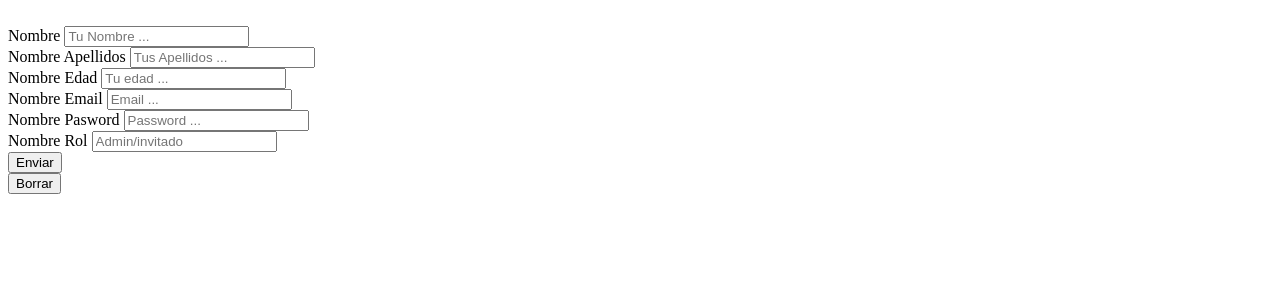
Repository: nachmz42/ProyectoJoker
Page: http://localhost/Joker/añadirusuario.jsp
These files come from the project's save history. The page is drawn as it stood at one moment and after the next save; the edit follows.
The browser window is 1280 px wide. The pictures show the whole page.
The page is served by Tomcat 9. Other server files are loaded and not shown.

Above is the page before, as saved 2021-07-01 14:38:28.

### Joker/src/main/webapp/añadirusuario.jsp
<%@ page language="java" contentType="text/html; charset=ISO-8859-1"
    pageEncoding="ISO-8859-1"%>
<!DOCTYPE html>
<html>
<head>
<meta charset="ISO-8859-1">
<title>Insert title here</title>
</head>
<body>

<div>
  <form action="/Joker/ServletAltausuario" method="post"><br>
    <label for="nombre">Nombre</label>
    <input type="text" id="nombre" name="nombre" placeholder="Tu Nombre ..."><br>
    <label for="nombre">Nombre</label>

    <label for="apellidos">Apellidos</label>
    <input type="text" id="apellidos" name="apellidos" placeholder="Tus Apellidos ..."><br>
    <label for="nombre">Nombre</label>

    <label for="edad">Edad</label>
    <input type="text" id="edad" name="edad" placeholder="Tu edad ..."><br>
    <label for="nombre">Nombre</label>

    <label for="email">Email</label>
    <input type="email" id="email" name="email" placeholder="Email ..."><br>
    <label for="nombre">Nombre</label>

    <label for="password">Pasword</label>
    <input type="text" id="password" name="password" placeholder="Password ...">  <br>
    <label for="nombre">Nombre</label>

    <label for="rol">Rol</label>
    <input type="text" id="rol" name="rol" placeholder="Admin/invitado">  <br>


    <input type="submit" value="Enviar"><br>
    <input type="reset" value="Borrar"><br>
  </form>
</div>

</body>
</html>

After the next save:
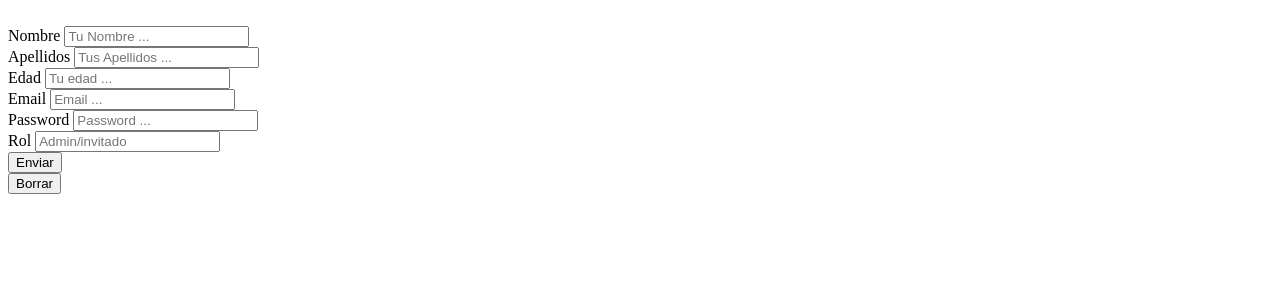
Saved 27 s later.
--- a/Joker/src/main/webapp/añadirusuario.jsp
+++ b/Joker/src/main/webapp/añadirusuario.jsp
@@ -12,23 +12,21 @@
   <form action="/Joker/ServletAltausuario" method="post"><br>
     <label for="nombre">Nombre</label>
     <input type="text" id="nombre" name="nombre" placeholder="Tu Nombre ..."><br>
-    <label for="nombre">Nombre</label>
 
     <label for="apellidos">Apellidos</label>
     <input type="text" id="apellidos" name="apellidos" placeholder="Tus Apellidos ..."><br>
-    <label for="nombre">Nombre</label>
+
 
     <label for="edad">Edad</label>
     <input type="text" id="edad" name="edad" placeholder="Tu edad ..."><br>
-    <label for="nombre">Nombre</label>
+
 
     <label for="email">Email</label>
     <input type="email" id="email" name="email" placeholder="Email ..."><br>
-    <label for="nombre">Nombre</label>
 
-    <label for="password">Pasword</label>
+
+    <label for="password">Password</label>
     <input type="text" id="password" name="password" placeholder="Password ...">  <br>
-    <label for="nombre">Nombre</label>
 
     <label for="rol">Rol</label>
     <input type="text" id="rol" name="rol" placeholder="Admin/invitado">  <br>
